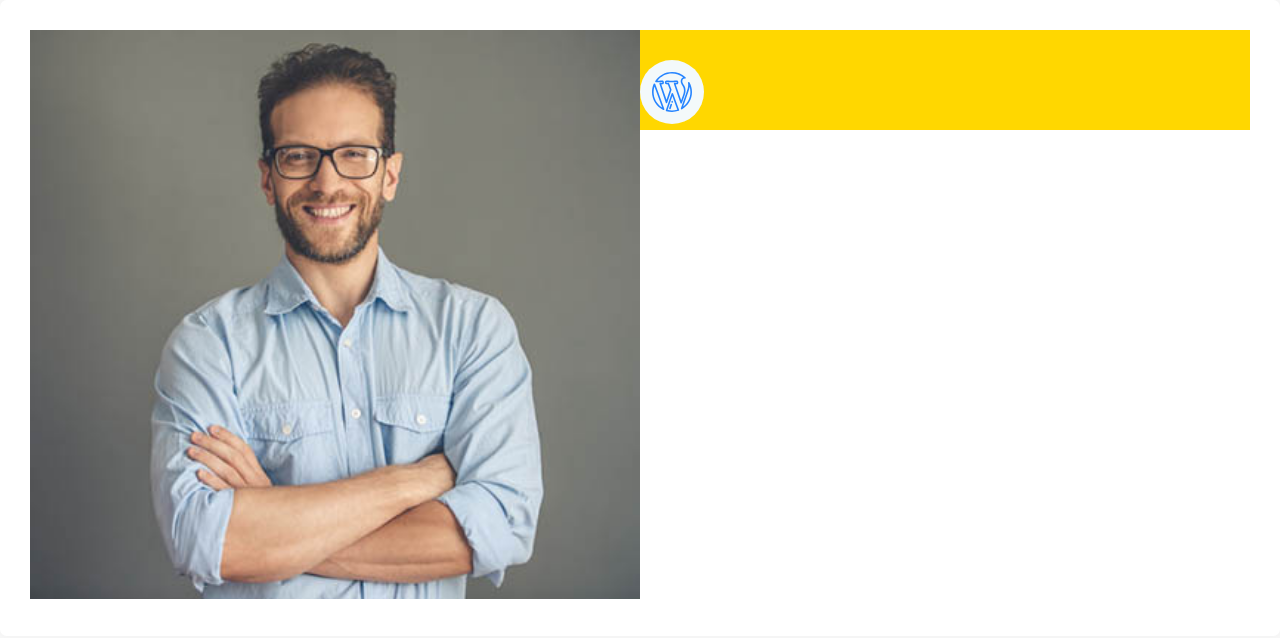
Repository: LeonUIO/first_website
Page: index.html
These files come from the project's save history. The page is drawn as it stood at one moment and after a run of saves; the edit follows.
The browser window is 1280 px wide. The pictures show the whole page.

Above is the page before, as saved 2021-04-05 12:32:16.

### index.html
<!DOCTYPE html>
<html lang="en">
  <head>
    <meta charset="UTF-8" />
    <meta
      name="viewport"
      content="width=device-width, user-scalable=no, initial-scale=1.0, maximum-scale=1.0, minimum-scale=1.0"
    />
    <meta http-equiv="X-UA-Compatible" content="ie=edge" />
    <title>Document</title>
    <link rel="stylesheet" href="css/normalize.css" />
    <link rel="stylesheet" href="css/styles.css" />
  </head>
  <body>
    <div class="card testimonial">
      <div class="grid grid--cols-2">
        <div class="testimonial__image">
          <img src="./images/testimonial.jpg" alt="A happy man." />
          <span class="icon-container">
            <svg class="icon icon--primary">
              <use xlink:href="images/sprite.svg#wordpress"></use>
            </svg>
          </span>
        </div>
        <div style="height: 100px; background: gold"></div>
      </div>
    </div>
  </body>
</html>

### css/styles.css
:root {
  --color-primary: #2584ff;
  --color-secondary: #00d9ff;
  --color-accent: #ff3400;
  --color-headings: #1b0760;
  --color-body: #918ca4;
  --color-body-darker: #5c5577;
  --color-border: #ccc;
  --border-radius: 30px;
}

*,
*::after,
*::before {
  box-sizing: border-box;
}

/* Typography */
html {
  font-size: 62.5%;
}

body {
  font-family: Inter, arial, helvetica, sans-serif;
  color: var(--color-body);
  font-size: 2.4rem;
  line-height: 1.5;
}

h1,
h2,
h3 {
  color: var(--color-headings);
  margin-bottom: 1rem;
}

h1 {
  font-size: 7rem;
}

h2 {
  font-size: 4rem;
}

h3 {
  font-size: 3rem;
}

@media screen and (min-width: 1024px) {
  body {
    font-size: 1.8rem;
  }

  h1 {
    font-size: 8rem;
  }

  h2 {
    font-size: 4rem;
  }

  h3 {
    font-size: 2.4rem;
  }
}

/* Links */
a {
  text-decoration: none;
}

.link-arrow {
  color: var(--color-accent);
  font-size: 2rem;
  font-weight: bold;
}

.link-arrow::after {
  content: "-->";
  margin-left: 5px;
  transition: margin-left 0.15s;
}

.link-arrow:hover::after {
  margin-left: 10px;
}

@media screen and (min-width: 1024px) {
  .link-arrow {
    font: size 1.5em;
  }
}

/* Badges */
.badge {
  white-space: nowrap;
  padding: 0.5rem 2rem;
  font-weight: 600;
  border-radius: 20px;
  font-size: 2rem;
}

.badge--primary {
  background: var(--color-primary);
  color: #fff;
}

.badge--secondary {
  background: var(--color-secondary);
  color: #fff;
}

.badge--small {
  font-size: 1.6rem;
}

@media screen and (min-width: 1024px) {
  .badge {
    font-size: 1.5rem;
  }

  .badge--small {
    font-size: 1.2rem;
  }
}

/* Lists */
.list {
  list-style: none;
  color: var(--color-headings);
  padding-left: 0;
}

.list--inline .list__item {
  display: inline-block;
  margin-right: 2rem;
}

.list--tick {
  list-style-image: url(../images/tick.svg);
  padding-left: 3rem;
}

.list--tick .list__item {
  margin-bottom: 1rem;
  padding-left: 0.5rem;
}

@media screen and (min-width: 1024px) {
  .list--tick .list__item {
    padding-left: 0;
  }
}

/* Icons */
.icon {
  width: 40px;
  height: 40px;
}

.icon--primary {
  fill: var(--color-primary);
}

.icon-container {
  width: 64px;
  height: 64px;
  border-radius: 100%;
  background: #f3f9fa;
  display: inline-flex;
  justify-content: center;
  align-items: center;
}

/* Buttons */
.btn {
  border-radius: 40px;
  border: 0;
  cursor: pointer;
  font-size: 1.8rem;
  font-weight: 600;
  margin: 1rem 0;
  padding: 2rem 3rem;
  text-transform: uppercase;
  text-align: center;
  white-space: nowrap;
}

.btn--primary {
  background: var(--color-primary);
  color: #fff;
}

.btn--primary:hover {
  background: #3a8ffd;
}

.btn--secondary {
  background: var(--color-secondary);
  color: #fff;
}

.btn--secondary:hover {
  background: #00c8eb;
}

.btn--accent {
  background: var(--color-accent);
  color: #fff;
}

.btn--accent:hover {
  background: #ec3000;
}

.btn--block {
  width: 100%;
  display: inline-block;
}

.btn--outline {
  background: #fff;
  color: var(--color-headings);
  border: 2px solid var(--color-headings);
}

.btn--outline:hover {
  background: var(--color-headings);
  color: #fff;
}

@media screen and (min-width: 1024px) {
  .btn {
    font-size: 1.5rem;
  }
}

/* Inputs */
.input {
  border-radius: var(--border-radius);
  border: 1px solid var(--color-border);
  color: var(--color-headings);
  font-size: 2rem;
  outline: 0;
  padding: 1.5rem 3.5rem;
}

::placeholder {
  color: #cdcbd7;
}

.input-group {
  border-radius: var(--border-radius);
  border: 2px solid var(--color-border);
  display: flex;
}

.input-group .input {
  border: 0;
  flex-grow: 1;
  padding: 1.5rem 1rem;
}

.input-group .btn {
  margin: 4px;
}

@media screen and (min-width: 1024px) {
  .input {
    font-size: 1.5rem;
  }
}

/* Cards */
.card {
  border-radius: 7px;
  box-shadow: 0 0 20px 10px #f3f3f3;
  overflow: hidden;
}

.card__header,
.card__body {
  padding: 2rem 3rem;
}

.card--primary .card__header {
  background: var(--color-primary);
  color: #fff;
}

.card--secondary .card__header {
  background: var(--color-secondary);
  color: #fff;
}

/* Plans */
.plan__name {
  color: #fff;
  margin: 0;
  font-weight: 500;
  font-size: 2.4rem;
}

.plan__price {
  font-size: 6rem;
}

.plan__billing-cycle {
  font-size: 2.4rem;
  font-weight: 300;
  opacity: 0.8;
  margin-right: 1rem;
}

.plan__description {
  font-size: 2rem;
  font-weight: 300;
  letter-spacing: 1px;
  display: block;
}

.plan .list__item {
  margin-bottom: 2rem;
}

.plan--popular .card__header {
  position: relative;
}

.plan--popular .card__header::before {
  content: url(../images/popular.svg);
  width: 40px;
  display: inline-block;
  position: absolute;
  top: -6px;
  right: 5%;
}

@media screen and (min-width: 1024px) {
  .plan__name {
    font-size: 1.4rem;
  }

  .plan__price {
    font-size: 5rem;
  }

  .plan__billing-cycle {
    font-size: 1.6rem;
  }

  .plan__description {
    font-size: 1.7rem;
  }
}

/* Media */
.media {
  display: flex;
}

.media__title {
  margin-top: 0;
}

.media__body {
  margin: 0 2rem;
}

.media__image {
  margin-top: 1rem;
}

/* Quotes */
.quote {
  font-size: 3rem;
  color: var(--color-body-darker);
  font-style: italic;
  line-height: 1.3;
}

.quote__text::before {
  content: open-quote;
}

.quote__text::after {
  content: close-quote;
}

.quote__footer {
  font-style: normal;
}

.quote--line {
  position: relative;
  bottom: 10px;
}

.quote__author {
  font-size: 3rem;
  font-weight: 500;
  margin-bottom: 0;
}

.quote__company {
  color: var(--color-headings);
  margin-top: 0;
  font-size: 2rem;
  opacity: 0.4;
}

@media screen and (min-width: 1024px) {
  .quote {
    font-size: 2rem;
  }

  .quote__author {
    font-size: 2.4rem;
  }

  .quote__company {
    font-size: 1.6rem;
  }
}

/* Grids */
.grid {
  display: grid;
}

@media screen and (min-width: 768px) {
  .grid--cols-2 {
    grid-template-columns: repeat(2, 1fr);
  }
}
@media screen and (min-width: 1024px) {
  .grid--cols-3 {
    grid-template-columns: repeat(3, 1fr);
  }
}

/* Testimonial */
.testimonial {
  padding: 3rem;
}

.testimonial__image > img {
  width: 100%;
}

.testimonial__image {
  position: relative;
}

.testimonial__image > .icon-container {
  position: absolute;
  top:3rem;
}

Loaded but not shown: css/normalize.css (library)

After the next 2 saves:
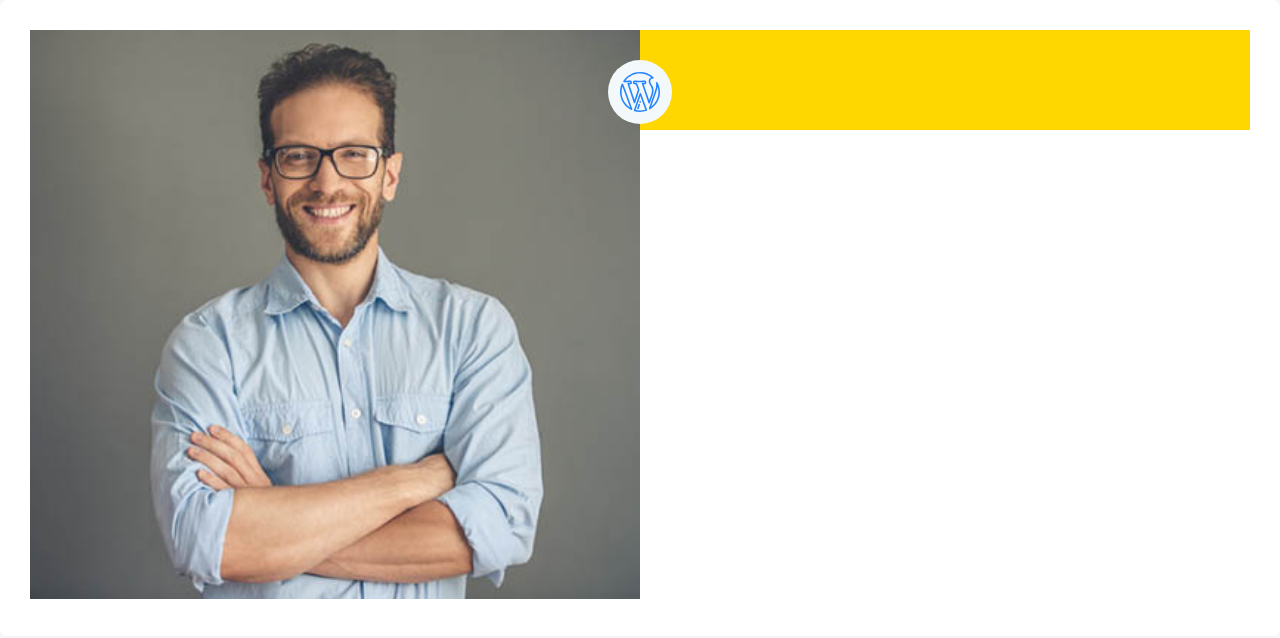
The 2 saves are shown as one change because they came seconds apart.
The last was saved 8 s later.
--- a/css/styles.css
+++ b/css/styles.css
@@ -454,5 +454,6 @@ a {
 
 .testimonial__image > .icon-container {
   position: absolute;
-  top:3rem;
-}
+  top: 3rem;
+  right: -32px;
+}
